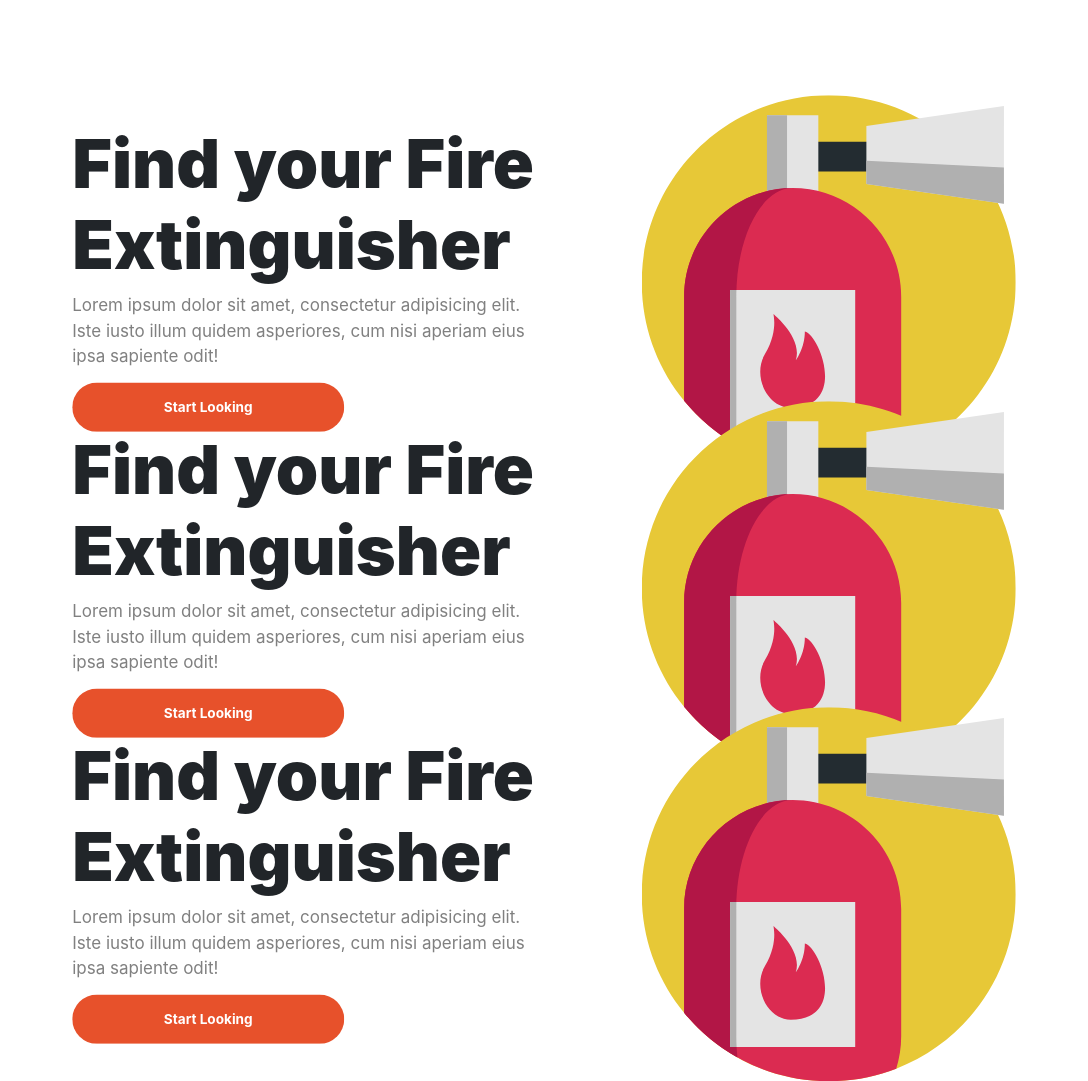
Repository: tomas938/Nuxt-crash-app
Page: /
These files come from the project's save history. The page is drawn as it stood at one moment and after the next save; the edit follows.
The browser window is 1280 px wide. The pictures show the whole page, at 85% of full size.
The project was rebuilt for these pictures with package versions that can differ from the ones it lists, and the page was loaded fresh each time. The framework's server and built-in components were replaced by stand-ins that run in the browser. Also part of the build but not shown: nuxt.config.js.

Above is the page before, as saved 2021-08-29 12:01:15.

After the next save:
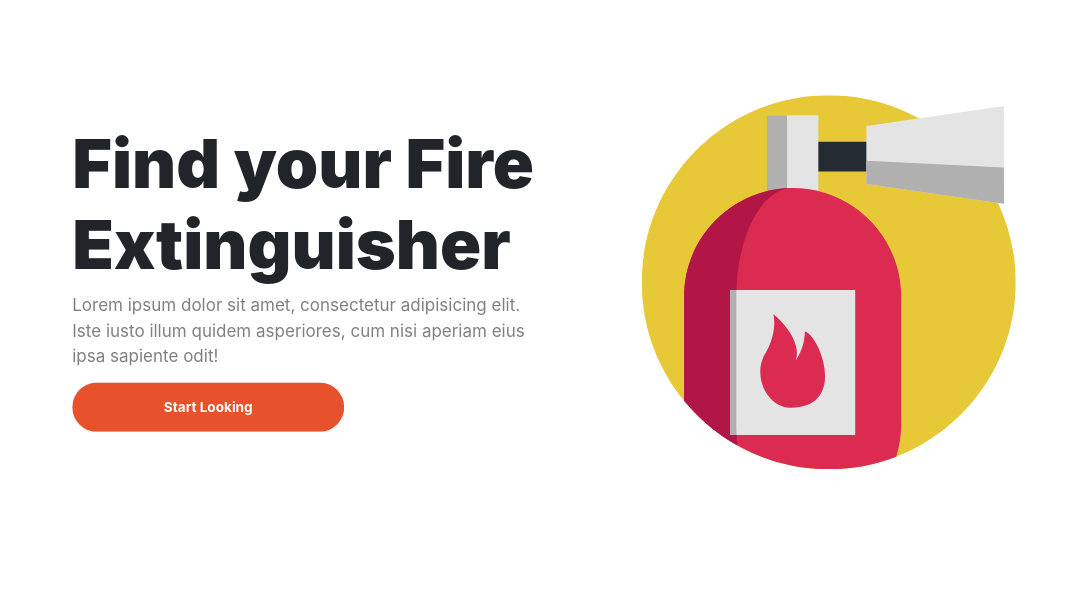
Saved 4 s later.
--- a/pages/index.vue
+++ b/pages/index.vue
@@ -1,7 +1,5 @@
 <template>
   <div class="container">
-    <Hero></Hero>
-    <Hero></Hero>
     <Hero></Hero>
   </div>
 </template>
